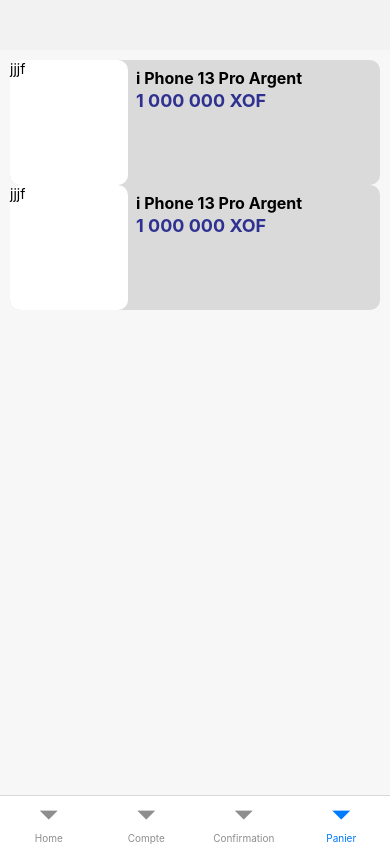
Repository: Norlan-20/Last-Afrilink
Screen: /Panier
These files come from the project's save history. The screen is drawn as it stood at one moment and after the next save; the edit follows.
The page's requests for data from a server got no answer. The app was drawn by React Native's web renderer in a window 390 px wide. The project was rebuilt for these pictures with package versions that can differ from the ones it lists, and the page was loaded fresh each time. No one was signed in, and anything a server would have sent is missing. Also part of the build but not shown: screen/User.js, component/button.js, screen/Confirmation.js, screen/Connexion.js, screen/Inscription.js, screen/Categorie.js, screen/Produit.js.

Above is the screen before, as saved 2021-09-27 09:45:09.

After the next save:
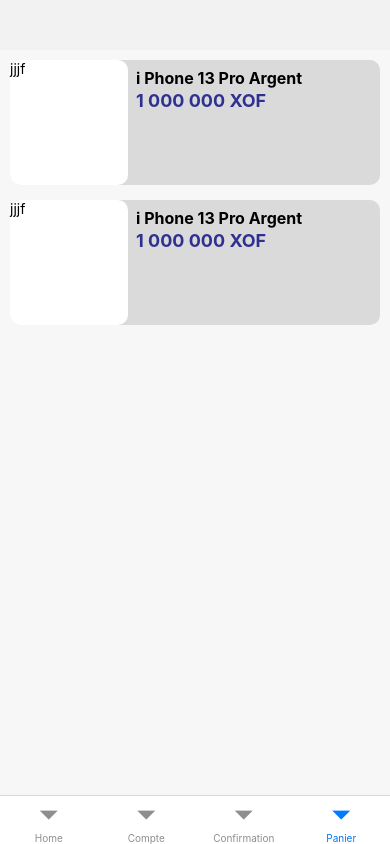
Saved 29 s later.
--- a/screen/Cart.js
+++ b/screen/Cart.js
@@ -46,6 +46,7 @@
         width: WIDTH,
         height: WIDTH / 2 - 60,
         borderRadius: 10,
+        marginBottom: 15,
     },
     productImageContiner: {
         flex: 1,
